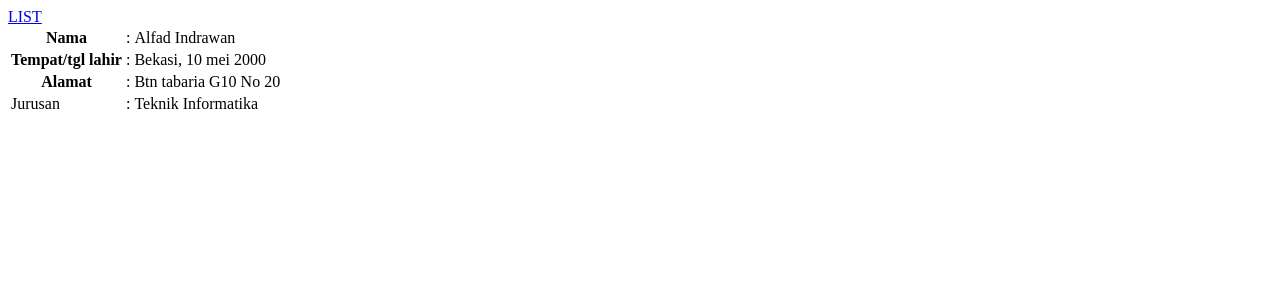
Repository: alfadindrawan/CRUD-ExpressJs
Page: http://localhost/bio
The author's editor kept a copy of each file at every save. The page is drawn from the files as they stood at one save, then again after the next save.
The browser window is 1280 px wide. The pictures show the whole page.
The page is served by the project's Node server (app.js).

Above is the page before, as saved 2021-10-06 12:52:22.

After the next save:
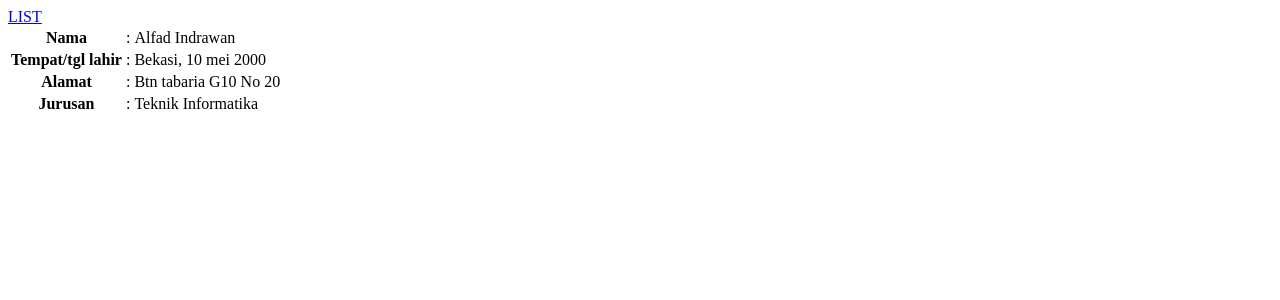
Saved 4 s later.
--- a/views/bio.ejs
+++ b/views/bio.ejs
@@ -33,7 +33,7 @@
           </tr>
 
           <tr>
-              <td>Jurusan</td>
+              <th>Jurusan</th>
               <td>:</td>
               <td>Teknik Informatika</td>
           </tr>
